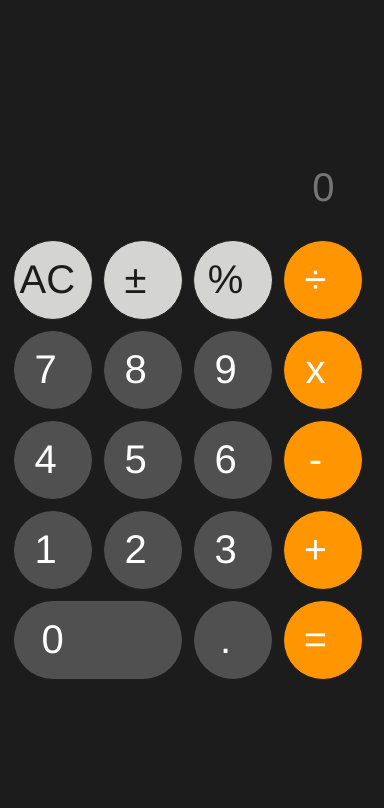
Repository: robbymcd/Calculator
Page: index.html
The author's editor kept a copy of each file at every save. The page is drawn from the files as they stood at one save, then again after the next save.
The browser window is 375 px wide. The page is 384 px wide, so the pictures cover 384 px, including what lies to the right of the window. The pictures show the whole page.

Above is the page before, as saved 2023-01-06 14:27:46.

After the next save:
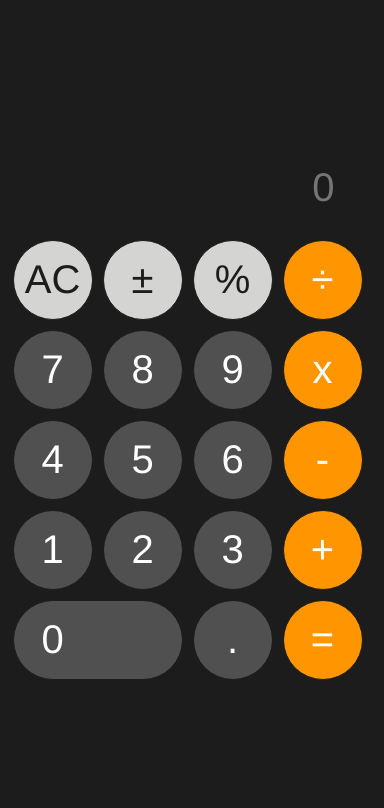
Saved 82 s later.
--- a/styles.css
+++ b/styles.css
@@ -115,7 +115,6 @@ button:hover {
         height: 80px;
         font-size: 40px;
         gap: 5px;
-        padding-right: 20px;
     }
     #display {
         width: 340px;
@@ -127,3 +126,5 @@ button:hover {
         width: 170px;
     }
 }
+
+@media only screen and (max-width)
